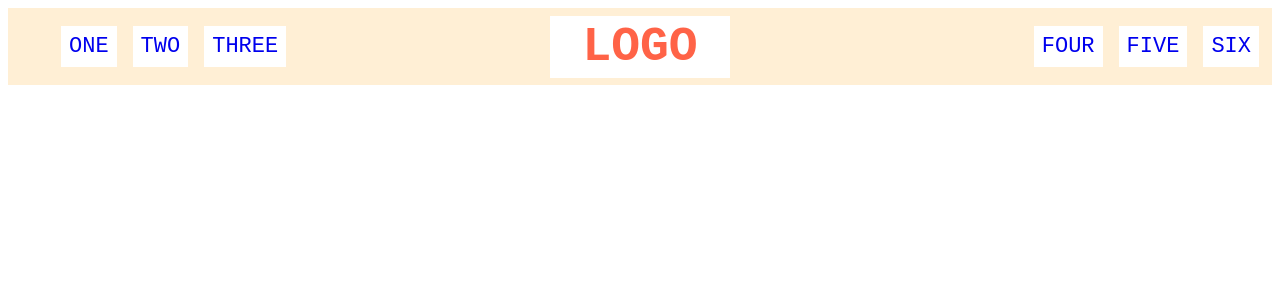
Repository: evemcd/odin_project
Page: 06-odin-css-flex/02-flex-header/index.html
The author's editor kept a copy of each file at every save. The page is drawn from the files as they stood at one save, then again after the next save.
The browser window is 1280 px wide. The pictures show the whole page.

Above is the page before, as saved 2022-02-02 13:22:10.

### 06-odin-css-flex/02-flex-header/index.html
<!DOCTYPE html>
<html lang="en">

<head>
    <meta charset="UTF-8">
    <meta http-equiv="X-UA-Compatible" content="IE=edge">
    <meta name="viewport" content="width=device-width, initial-scale=1.0">
    <title>Flex Header</title>
    <link rel="stylesheet" href="style.css">
</head>

<body>
    <div class="header">
        <div class="left-links">
            <ul>
                <li><a href="#">ONE</a></li>
                <li><a href="#">TWO</a></li>
                <li><a href="#">THREE</a></li>
            </ul>
        </div>
        <div class="logo">LOGO</div>
        <div class="right-links">
            <ul>
                <li><a href="#">FOUR</a></li>
                <li><a href="#">FIVE</a></li>
                <li><a href="#">SIX</a></li>
            </ul>
        </div>
    </div>
</body>

</html>

### 06-odin-css-flex/02-flex-header/style.css
.header {
    font-family: monospace;
    background: papayawhip;
    display: flex;
    justify-content: space-between;
    padding: 5px;
}

/* .left-links {
    display: flex;
}

.right-links {
    display: flex;
} */

.logo {
    font-size: 48px;
    font-weight: 900;
    color: tomato;
    background: white;
    padding: 4px 32px;
    margin: auto;
}

ul {
    /* this removes the dots on the list items*/
    list-style-type: none;
    display: flex;
}

li {
    flex: 1;
    margin: 8px;
}

a {
    font-size: 22px;
    background: white;
    padding: 8px;
    /* this removes the line under the links */
    text-decoration: none;
}

After the next save:
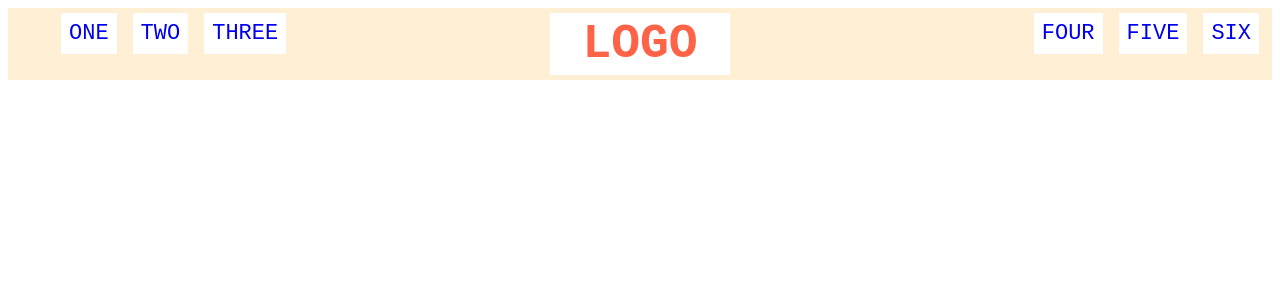
Saved 65 s later.
--- a/06-odin-css-flex/02-flex-header/style.css
+++ b/06-odin-css-flex/02-flex-header/style.css
@@ -27,6 +27,8 @@ ul {
     /* this removes the dots on the list items*/
     list-style-type: none;
     display: flex;
+    margin-block-start: 0;
+    margin-block-end: 0;
 }
 
 li {

After the save that followed:
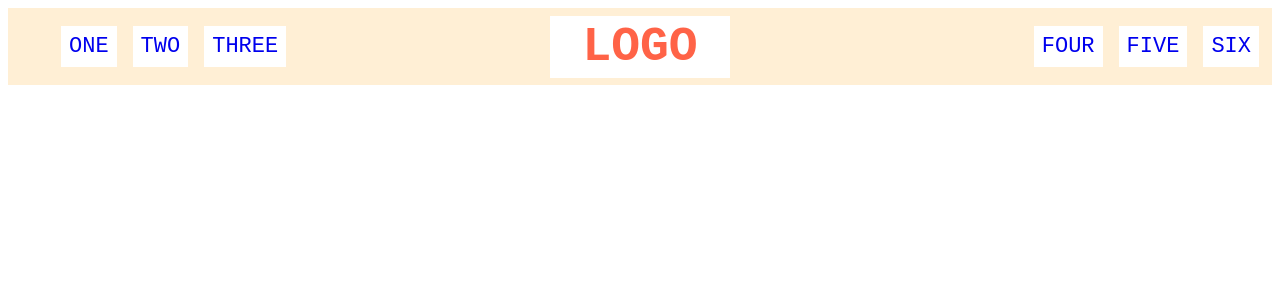
Saved 19 s later.
--- a/06-odin-css-flex/02-flex-header/style.css
+++ b/06-odin-css-flex/02-flex-header/style.css
@@ -27,8 +27,8 @@ ul {
     /* this removes the dots on the list items*/
     list-style-type: none;
     display: flex;
-    margin-block-start: 0;
-    margin-block-end: 0;
+    /* margin-block-start: 0; */
+    /* margin-block-end: 0; */
 }
 
 li {
